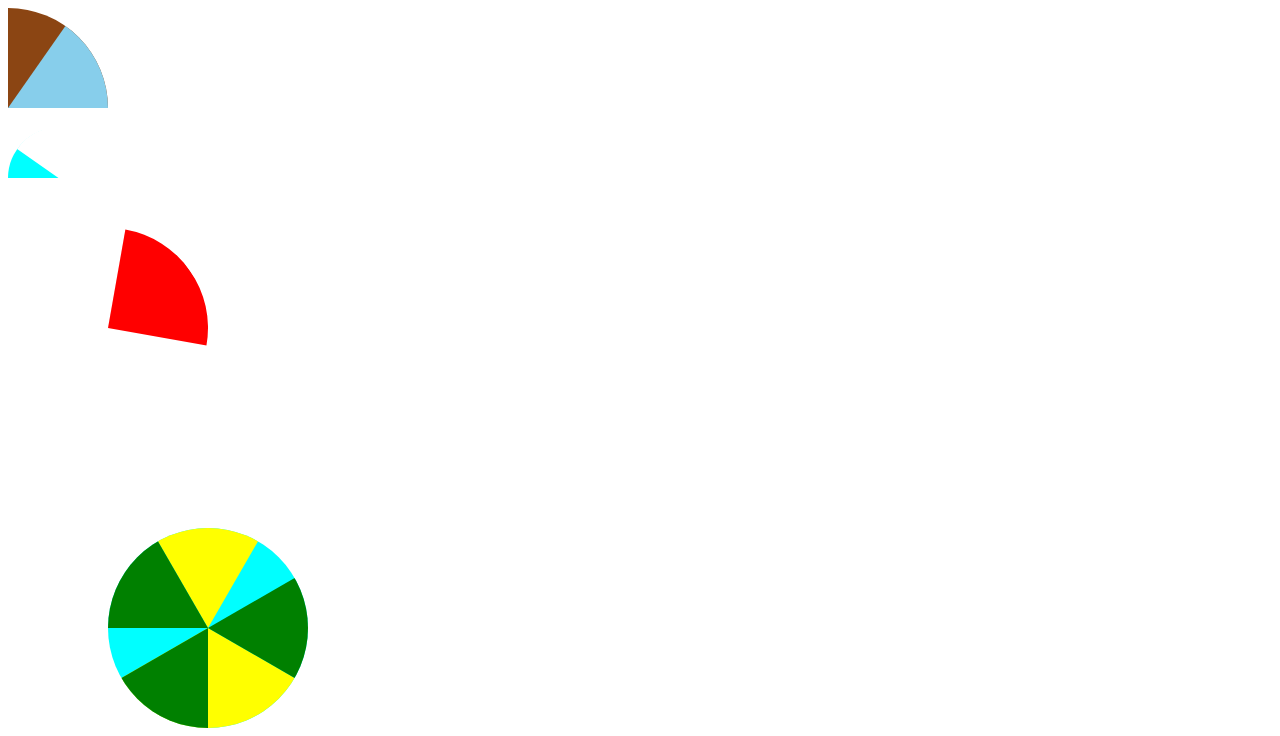
Repository: MMXiaohang/frontend-interview-coding
Page: 56.扇形.html
These files come from the project's save history. The page is drawn as it stood at one moment and after the next save; the edit follows.
The browser window is 1280 px wide. The pictures show the whole page.

Above is the page before, as saved 2022-08-14 11:00:50.

### 56.扇形.html
<!DOCTYPE html>
<html lang="en">
<head>
    <meta charset="UTF-8">
    <meta http-equiv="X-UA-Compatible" content="IE=edge">
    <meta name="viewport" content="width=device-width, initial-scale=1.0">
    <title>扇形</title>
    <style>
        #div{
            width: 100px;
            height: 100px;
            position: relative;
            background: transparent;
            overflow: hidden;
            /* transform: rotate(-45deg); */
        }

        #circle{
            position: absolute;
            right: 0;
            top: 0;
            width: 200px;
            height: 200px;
            border-radius: 50%;
            background-color: saddlebrown;
            overflow: hidden;
        }

        #d1{
            transform: skewX(145deg);
            transform-origin: 0 100%;
            position: absolute;
            right: 0;
            top: 0;
            background-color: skyblue;
            width: 100px;
            height: 100px;
        }

        .container{
            width: 100px;
            height: 100px;
            margin-top: 20px;
            background-color: transparent;
        }

        .c1{
            width: 100px;
            height: 50px;
            background-color: aqua;
            border-radius: 50px 50px 0 0;
        }

        .c2{
            width: 101px;
            height: 51px;
            background-color: white;
            border-radius: 0 0 50px 50px;
            transform: rotate(-145deg);
            transform-origin: center top;
        }

        .semicircle{
            width: 0;
            height: 0;
            border: 100px solid red;
            border-radius: 50%;
            border-color: transparent transparent transparent red;
            transform: rotateZ(145deg);
            margin-bottom: 100px;
        }

        .pie{
            margin-top: 100px;
            margin-left: 100px;
            height: 200px;
            width: 200px;
            border-radius: 50%;
            position: relative;
            overflow: hidden;
            background-color: aqua;
        }

        .slice{
            width: 100px;
            height: 100px;
            position:absolute;
            top: 0;
            right: 0;
            transform-origin: 0 100%;
            background-color: yellow;
            overflow: hidden;
        }

        .slice:nth-of-type(2n){
            background-color: green;
        }

        .slice-one{
            transform: rotate(-30deg) skewY(-30deg);
        }

        .slice-two{
            transform: rotate(-90deg) skewY(-30deg);
        }

        .slice-three{
            transform: rotate(-180deg) skewY(-30deg);
        }
        .slice-four{
            transform: rotate(-180deg) skewY(-30deg);
        }
        .slice-five{
            transform: rotate(-240deg) skewY(-30deg);
        }
        .slice-six{
            transform: rotate(-300deg) skewY(-30deg);
        }
    </style>
</head>
<body>
    <div id="div">
        <div id="circle">
            <div id="d1"></div>
        </div>
    </div>


    <div class="container">
        <div class="c1"></div>
        <div class="c2"></div>
    </div>

    <div class="semicircle"></div>

    <div class="pie">
        <div class="slice slice-one"></div>
        <div class="slice slice-two"></div>
        <div class="slice slice-three"></div>
        <div class="slice slice-four"></div>
        <div class="slice slice-five"></div>
        <div class="slice slice-six"></div>
    </div>
</body>
</html>

After the next save:
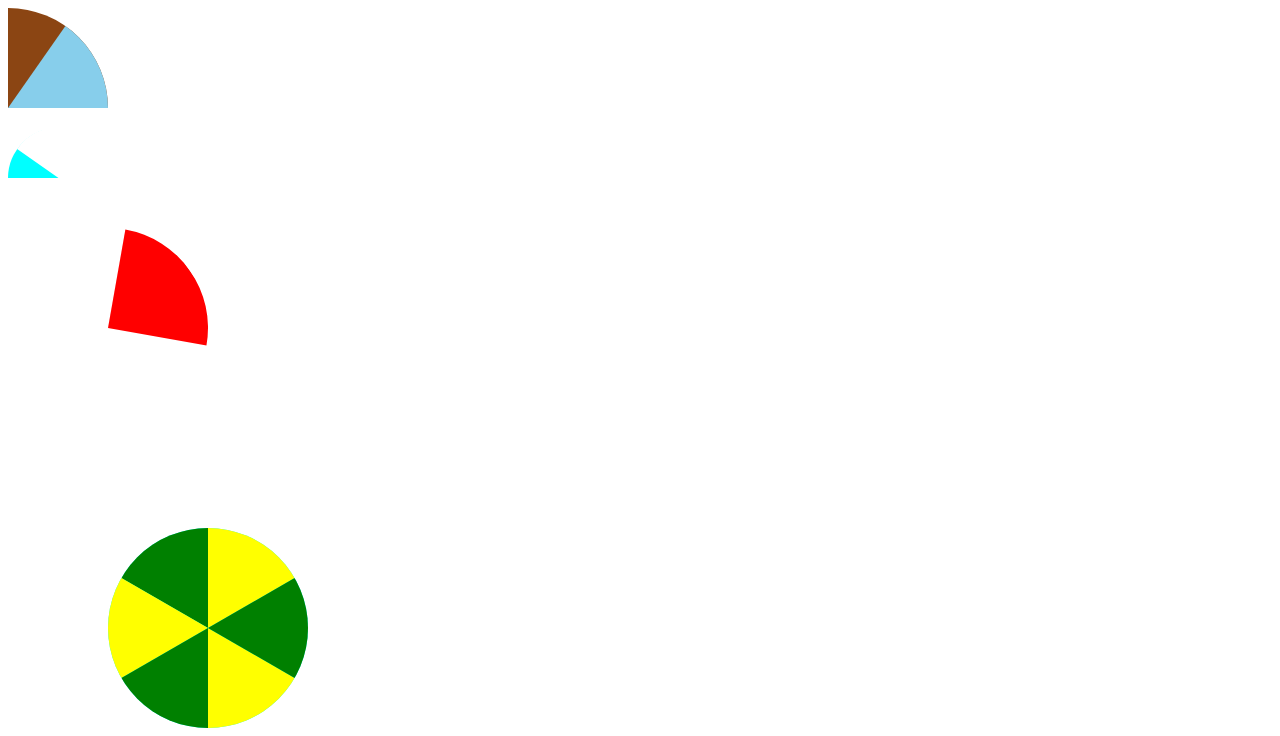
Saved 14 s later.
--- a/56.扇形.html
+++ b/56.扇形.html
@@ -97,15 +97,15 @@
         }
 
         .slice-one{
-            transform: rotate(-30deg) skewY(-30deg);
+            transform: skewY(-30deg);
         }
 
         .slice-two{
-            transform: rotate(-90deg) skewY(-30deg);
+            transform: rotate(-60deg) skewY(-30deg);
         }
 
         .slice-three{
-            transform: rotate(-180deg) skewY(-30deg);
+            transform: rotate(-120deg) skewY(-30deg);
         }
         .slice-four{
             transform: rotate(-180deg) skewY(-30deg);
